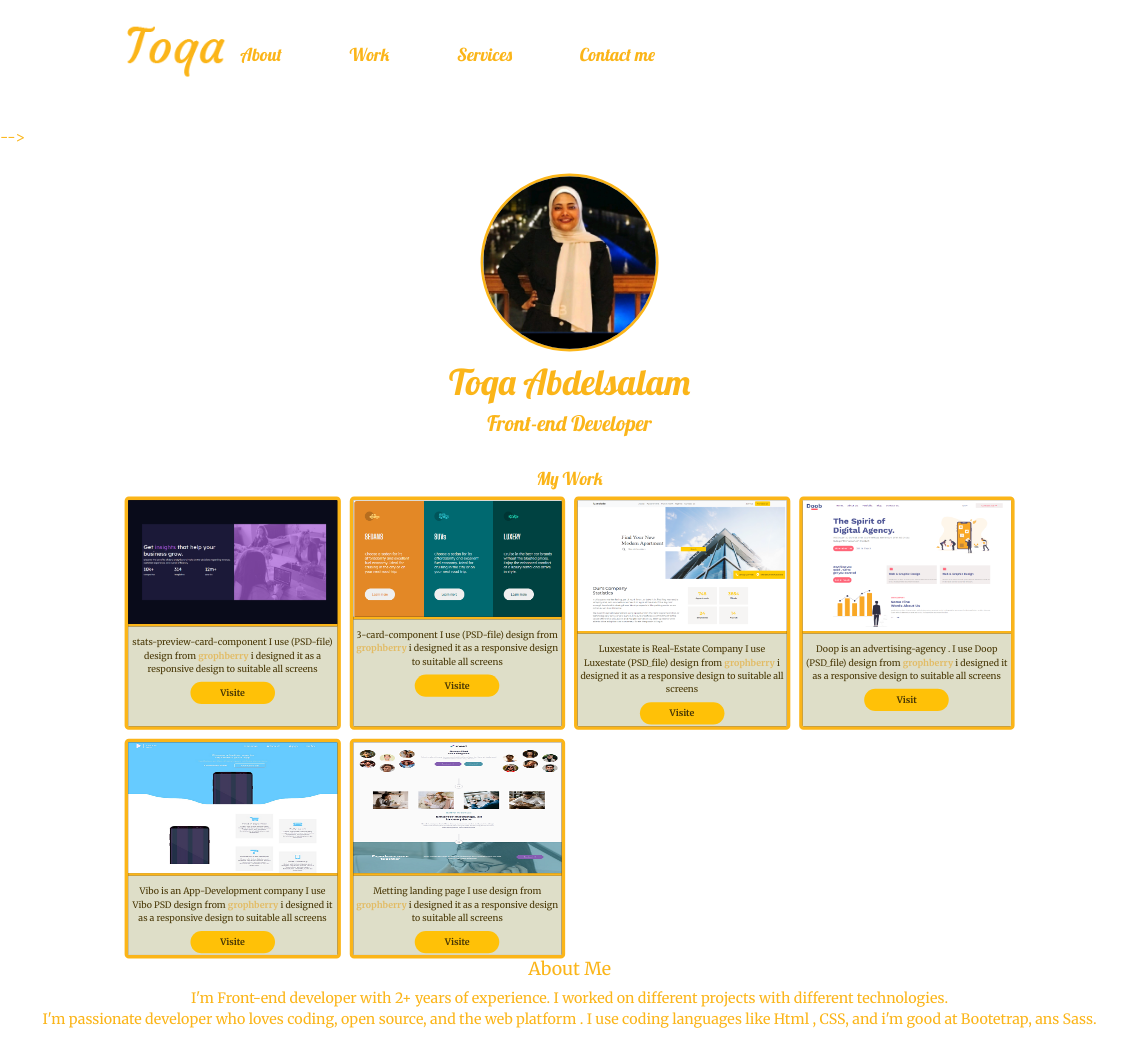
Repository: Toqa-25/portfolio
Page: index.html
An editor plug-in stored every save of this project. The page is shown before and after the next save, followed by the edit.
The browser window is 1280 px wide. The pictures show the whole page, at 89% of full size.
Some web fonts or font styles are not loaded; a fallback is used.

Above is the page before, as saved 2021-10-31 17:47:14.

### index.html
<!DOCTYPE html>
<html lang="en">
<head>
    <meta charset="UTF-8">
    <meta http-equiv="X-UA-Compatible" content="IE=edge">
    <meta name="viewport" content="width=device-width, initial-scale=1.0">
    <title>Toqa Portfolio</title>
      <!-- bootstrap file -->
      <link rel="stylesheet" href="css/all.min.css">
      <link rel="stylesheet" href="css/bootstrap.css">
      <!-- css file -->
      <link rel="stylesheet" href="css/style.css">
      <!-- fonts -->
      <link rel="preconnect" href="https://fonts.googleapis.com">
<link rel="preconnect" href="https://fonts.gstatic.com" crossorigin>
<link href="https://fonts.googleapis.com/css2?family=Lobster&family=Otomanopee+One&display=swap" rel="stylesheet">
<link rel="preconnect" href="https://fonts.googleapis.com">
<link rel="preconnect" href="https://fonts.gstatic.com" crossorigin>
<link href="https://fonts.googleapis.com/css2?family=Merriweather:ital,wght@0,300;0,400;0,700;0,900;1,300;1,400;1,700;1,900&display=swap" rel="stylesheet">
<link rel="preconnect" href="https://fonts.googleapis.com">
<link rel="preconnect" href="https://fonts.gstatic.com" crossorigin>
<link href="https://fonts.googleapis.com/css2?family=Bebas+Neue&family=Oswald:wght@200;300;400;500;600;700&display=swap" rel="stylesheet">
</head>
<body>
        <!-- header section -->
    <header class="pad">
       <div class="container">
         <div class="header-content">
           <div class="header-logo">
             <img src="images/logo.png" alt="logo">
           </div>
           <div class="bar">
             <svg xmlns="http://www.w3.org/2000/svg" width="35" height="35" fill="#fbb519" class="bi bi-list" viewBox="0 0 16 16">
               <path fill-rule="evenodd" d="M2.5 12a.5.5 0 0 1 .5-.5h10a.5.5 0 0 1 0 1H3a.5.5 0 0 1-.5-.5zm0-4a.5.5 0 0 1 .5-.5h10a.5.5 0 0 1 0 1H3a.5.5 0 0 1-.5-.5zm0-4a.5.5 0 0 1 .5-.5h10a.5.5 0 0 1 0 1H3a.5.5 0 0 1-.5-.5z"/>
             </svg>
              <ul class="hidden-list unlist list">
              <li>About</li>
              <li>Work</li>
              <li>Services</li>
              <li>Contact me</li>
              <li>Reviews</li>
            </ul>
           </div>
           <div class="header-nav">
             <ul class="list unlist">
                 <li>About</li>
                 <li>Work</li>
                 <li>Services</li>
                 <li>Contact me</li>
                 <!-- <li>Reviews</li> -->
             </ul>

           </div>
         </div>
         </div>
        </header><!-- end header section -->
       <!-- <div role="bar">
      <ul class="hidden-bar">
        <li>About</li>
        <li>Work</li>
        <li>Services</li>
        <li>Contact me</li>
         <li>Reviews</li>
       </ul>
      </div> -->
    <!-- </nav> --> -->

    <!-- information  section -->
    <section  class="inform pad">
      <div class="main-inform " role="main">
        <div class="inform-info">
        <img src="images/toqa.jpg" alt=""><br>
        <h1>Toqa Abdelsalam</h1>
        <h4>Front-end Developer</h4>
      </div>
      </div>
    </section>

      <section class="section container work">
      <h5>My Work</h5>
      <div class="card-groups">
      <div class="project card" role="menu">
        <img src="images/toqa-25.github.io_stats-preview-card-component-main_.png" alt="">
        <p>stats-preview-card-component
      I use  (PSD-file) design from <span> <a href="https://www.frontendmentor.io/">grophberry</a></span>
  i designed it as a responsive design to suitable all screens <br>
  <button><a href="https://toqa-25.github.io/stats-preview-card-component-main/">Visite</a></button>
 </p>
 </div>
      <div class="project card" role="menu">
        <img src="images/toqa-25.github.io_3-cards-component3_.png" alt="">
        <p>3-card-component
      I use (PSD-file) design from <span> <a href="https://www.frontendmentor.io/">grophberry</a></span>
  i designed it as a responsive design to suitable all screens <br>
  <button><a href="https://toqa-25.github.io/3-cards-component/">Visite</a></button>
 </p>
 </div>
      <div class="project card" role="menu">
          <img src="images/destop-luxestate - Copy (1).png" alt="">
          <p>Luxestate is Real-Estate Company
        I use Luxestate (PSD_file) design from <span> <a href="https://www.graphberry.com/">grophberry</a></span>
    i designed it as a responsive design to suitable all screens <br>
    <button><a href="https://toqa-25.github.io/luxstate-project-/">Visite</a></button>
   </p>
   </div>
      <div class="project card" role="menu">
          <img src="images/web_design.png" alt="">
          <p>Doop is an advertising-agency .
        I use Doop (PSD_file) design from <span> <a href="https://www.graphberry.com/">grophberry</a></span>
    i designed it as a responsive design to suitable all screens <br>
    <button><a href="https://toqa-25.github.io/simply-agency/">Visit </a></button>
   </p>
   </div>
      <div class="project card" role="menu">
        <img src="images/Vibo_App(desktop)_toqa-25.github.io2.png" alt="">
          <p>Vibo is an App-Development company
        I use Vibo PSD design from <span> <a href="https://www.graphberry.com/">grophberry</a></span>
    i designed it as a responsive design to suitable all screens <br>
    <button><a href="https://toqa-25.github.io/vibo-app/">Visite</a></button>
   </p>
   </div>
   <div class="project card" role="menu">
    <img src="images/toqa-25.github.io_landing-meeting-page_desktop.png" alt="">
    <p>Metting landing page
  I use  design from <span> <a href="https://www.frontendmentor.io/">grophberry</a></span>
i designed it as a responsive design to suitable all screens <br>
<button><a href="https://toqa-25.github.io/landing-meeting-page/">Visite</a></button>
</p>
</div>
   </div>
      </section>

      <section class="section about">

          <h5>About Me</h5>
      <p> I'm Front-end developer with 2+ years of experience. I worked on different projects with different technologies. <br>
       I'm passionate developer who loves coding, open source, and the web platform .
       I use coding languages like Html , CSS, and i'm good at Bootetrap, ans Sass. </p>
      </section>

</body>
</html>

### css/style.css
/*
    public style
***********************
*/
:root{
    --main-color:#fbb519;
    --section-padding:30px;
}
* , *:after , *:before{
    box-sizing: border-box;
    margin: 0;
    padding: 0;
}
body{
    font-family: 'Merriweather', serif;
    color:var(--main-color);
}
.pad{
    padding: var(--section-padding) 0;
}
.container
{
  width: 80%;
  margin:auto;
}
 .pad h5{
    text-align: center;
    font-family: 'Lobster';
    margin-bottom: 15px;
 }
 .unlist{
     list-style: none;
 }
/*
    header style
***********************
*/
 header{
    font-family: 'Lobster', cursive;
 }
 .header-content{
    display: flex;
}
.header-logo{
    max-width:50%;
}
.bar{
    position: relative;
    display: none;
    margin: auto 20px;
     transition: .2s;
     cursor: pointer;
}
 .header-nav{
   min-width: 50%;
    display: flex;
 }
 .header-nav .list{
     width: 100%;
     display: flex;
     justify-content: space-between;
     align-items: center;
     padding: 17px;
 }
  .list li{
     font-size: 20px;
     transition: .2s;
     -webkit-transition: .2s;
     -moz-transition: .2s;
     -ms-transition: .2s;
     -o-transition: .2s;
     cursor: pointer;
     margin-bottom: 2px;
    }
     .list li:hover{
        border-bottom: 2px solid var(--main-color);
    }
    .hidden-list{
         text-align: center;
         position: absolute;
         width: 120px;
         top: 3px;
         right: 30px;
         background-color: #f5f5dc91;
         padding: 10px;
         border-radius: 25px;
         -webkit-border-radius: 25px;
         -moz-border-radius: 25px;
         -ms-border-radius: 25px;
         -o-border-radius: 25px;
         transition: .2s;
         -webkit-transition: .2s;
         -moz-transition: .2s;
         -ms-transition: .2s;
         -o-transition: .2s;
         visibility: hidden;
         display: none;
}
/* media quary for header*/
 @media (max-width: 991px){
   .header-nav {
      display: none;
  }
  .bar{
      display: flex;
  }
  .bar:hover .hidden-list{
    visibility: visible;
    display: block;
  }
}
.main-inform  h2{
  font-size: 20px;
  line-height: 2rem;
}
.main-inform img{
  width: 100px;
  height: 100px;
}
 @media (min-width: 768px){
     /* nav div{
         display: none;

     } */
 }


 /* .hidden-bar{
    display: none;

} */
.hidden-bar li:hover{
 padding: 5px;
 font-size: 25px;
}
/*
    my image style
***********************
*/

 .main-inform{
    color: var(--main-color);
    text-align: center;
    /* background-image: url(../images/mohammad-rahmani-8qEB0fTe9Vw-unsplash.jpg); */
    height: 300px;
    display: flex;
    align-items: center;
    justify-content: center;
    /* font-family: 'Bebas Neue', cursive; */
     /* font-family: 'Oswald', sans-serif; */
     font-family: 'Lobster', cursive;


 }
 .main-inform img{
     width: 200px;
     height: 200px;
     border:3px solid;
     border-radius: 50%;
     -webkit-border-radius: 50%;
     -moz-border-radius: 50%;
     -ms-border-radius: 50%;
     -o-border-radius: 50%;
     margin-bottom: 10px;
}
 h2{
    color: #dad3d3;
    text-transform: uppercase;
    line-height: 3rem;
 }
 span{
     color:var(--main-color)
 }
 .card-groups{
     display: grid;
    grid-template-columns:repeat(4,1fr);
    gap:10px;
 }
 .work h5{
    text-align: center;
    font-family: 'Lobster';
 }
.card {
    width: 100%;
    height: 100%;
    position: relative;
    display: flex;
    flex-direction: column;
    min-width: 0;
    word-wrap: break-word;
    background-color: black;
    background-clip: border-box;
    border: 4px solid var(--main-color);
    border-radius: 0.3rem;
}

.card img{
    max-width:100%;
    max-height: 150px;
    border-bottom: 3px solid;
}
.card img:hover{
   transform: scale(1.1);
   -webkit-transform: scale(1.1);
   -moz-transform: scale(1.1);
   -ms-transform: scale(1.1);
   -o-transform: scale(1.1);
}
.card p{
    margin-bottom: 1rem;
    background-color: black;
    font-size: 10px;
    padding: 2px;
    margin: 0px;
    margin-top: 0px;
    width: 100%;
    height: 100%;
    text-align: center;
    color:#483705;
    background-color: #f5f5dce8;
    padding-top: 10px;

}
.card p a{
    text-decoration: none;
    color: #e2bc66;
    font-weight: bolder;
}
.card p:hover{

}

.card button{
    width: 95px;
    text-align: center;
    background-color: #ffc107;
    border: none;
    border-radius: 15px;
    padding: 5px;
    margin-top: 7px;
}
.card button:hover{
    width:120px;
    padding: 10px;
}
.card button a{
    text-decoration: none;
    color: #483705;
}

.about{
    text-align: center;

}

/*
           media quary style
    ***************************************
        //extra small devices @media (maxwidth:575px)
        //small devices @media (maxwidth:767px)
        //medium devices @media (maxwidth:991px)
        //large devices @media (maxwidth:1199px)
*/

Loaded but not shown: css/all.min.css (library); css/bootstrap.css (library)

After the next save:
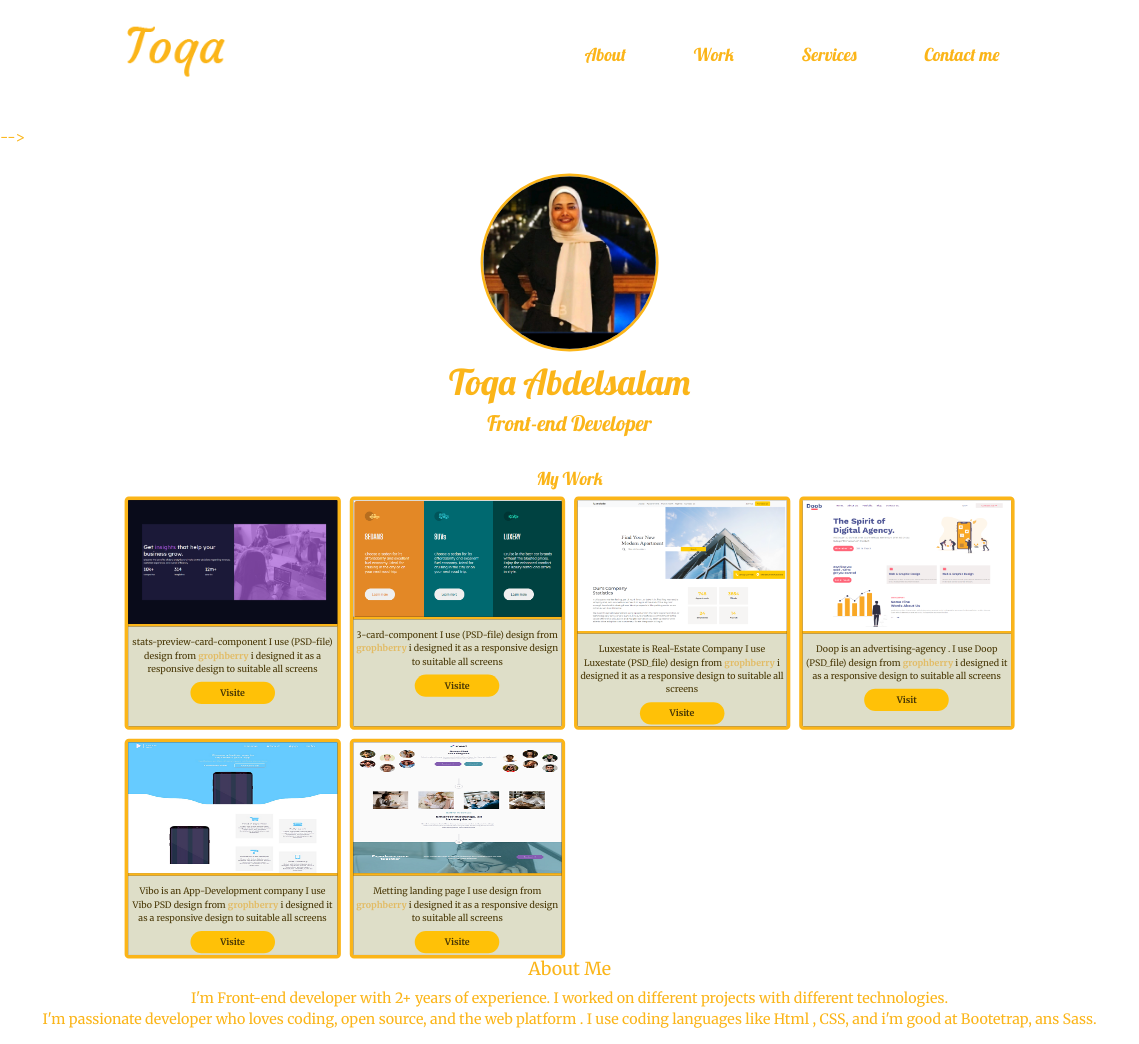
Saved 83 s later.
--- a/css/style.css
+++ b/css/style.css
@@ -42,7 +42,7 @@ body{
     display: flex;
 }
 .header-logo{
-    max-width:50%;
+    width:50%;
 }
 .bar{
     position: relative;

After the save that followed:
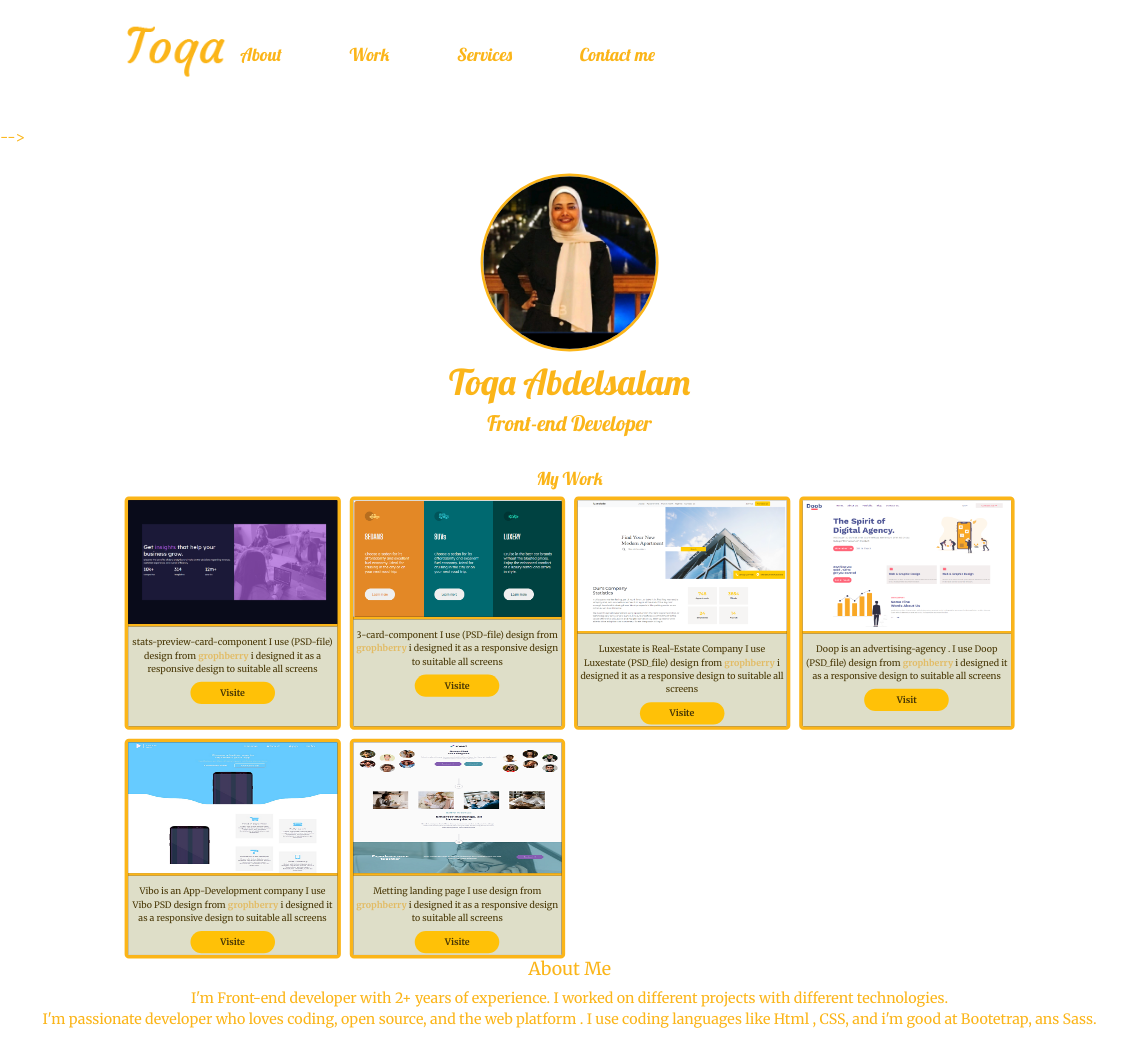
Saved 30 s later.
--- a/css/style.css
+++ b/css/style.css
@@ -41,9 +41,7 @@ body{
  .header-content{
     display: flex;
 }
-.header-logo{
-    width:50%;
-}
+
 .bar{
     position: relative;
     display: none;
